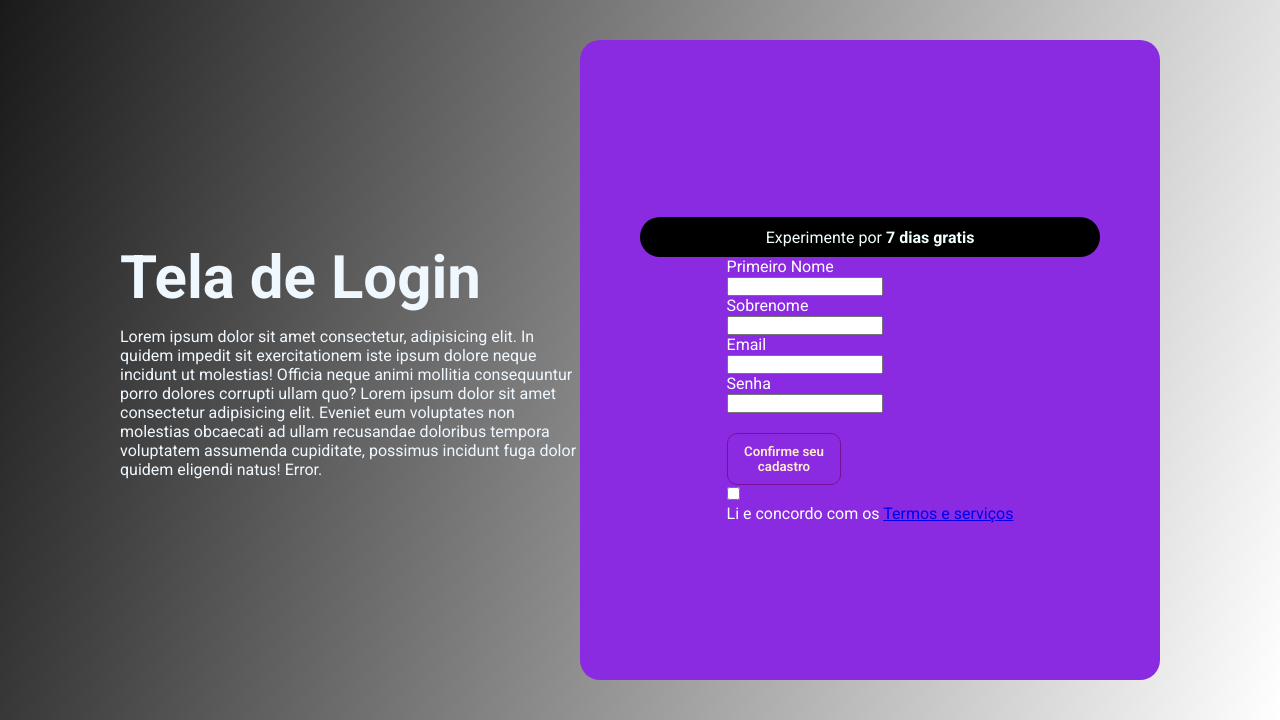
Repository: gimoli/tela-login
Page: index.html
The author's editor kept a copy of each file at every save. The page is drawn from the files as they stood at one save, then again after a run of saves.
The browser window is 1280 px wide. The pictures show the whole page.

Above is the page before, as saved 2025-04-16 22:11:42.

After the next 2 saves:
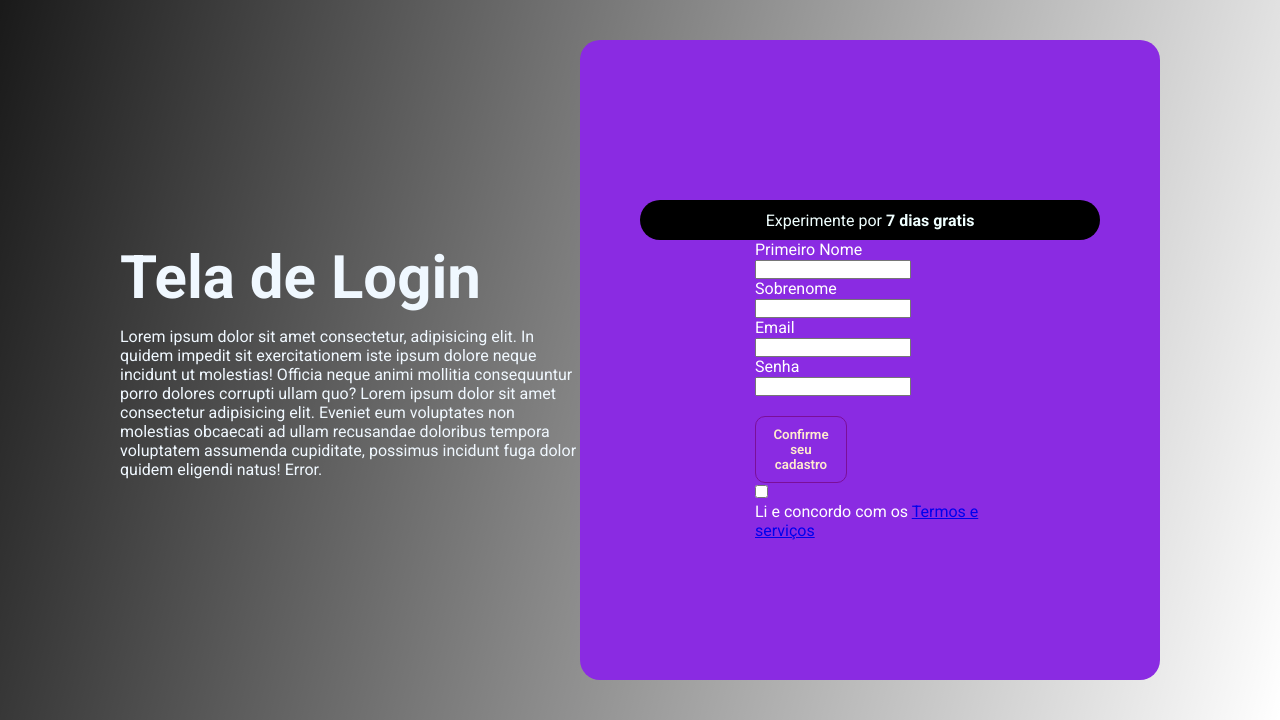
The 2 saves are shown as one change because they came seconds apart.
The last was saved 6 s later.
--- a/style.css
+++ b/style.css
@@ -86,7 +86,7 @@ main {
 }
 
 .forms {
-    width: ;
+    width: 50%;
 }
 
 .forms form{
